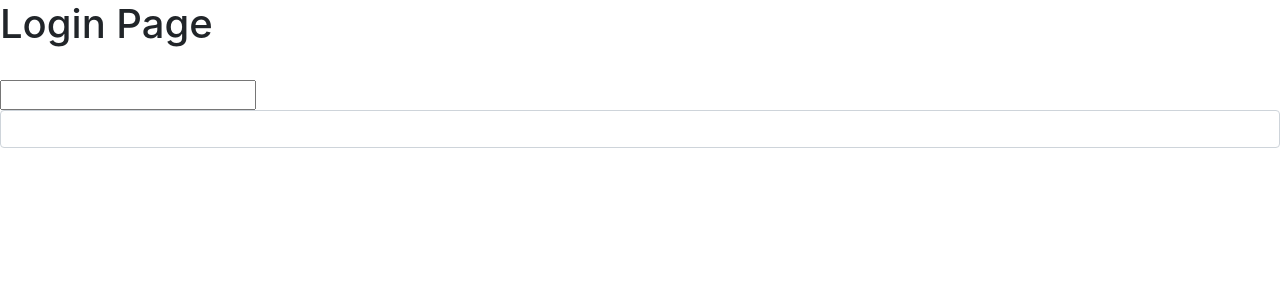
Repository: 10michael30/RevatureNotes
Page: weeks3-4/servlets/helloservlets/src/main/webapp/WEB-INF/login.html
The author's editor kept a copy of each file at every save. The page is drawn from the files as they stood at one save, then again after the next save.
The browser window is 1280 px wide. The pictures show the whole page.
Some web libraries are served in a nearby version.

Above is the page before, as saved 2018-08-21 18:42:32.

### weeks3-4/servlets/helloservlets/src/main/webapp/WEB-INF/login.html
<!DOCTYPE html>
<html>
<head>
<meta charset="ISO-8859-1">
<meta name="viewport" content="width=device-width, initial-scale=1.0">
<meta http-equiv="X-UA-Compatible" content="ie=edge">
<title>Insert title here</title>
 <link rel="stylesheet" href="https://maxcdn.bootstrapcdn.com/bootstrap/4.0.0-beta.2/css/bootstrap.min.css" integrity="sha384-PsH8R72JQ3SOdhVi3uxftmaW6Vc51MKb0q5P2rRUpPvrszuE4W1povHYgTpBfshb"
        crossorigin="anonymous">

    <script src="https://code.jquery.com/jquery-3.2.1.slim.min.js" integrity="sha384-KJ3o2DKtIkvYIK3UENzmM7KCkRr/rE9/Qpg6aAZGJwFDMVNA/GpGFF93hXpG5KkN"
        crossorigin="anonymous"></script>
    <script src="https://cdnjs.cloudflare.com/ajax/libs/popper.js/1.12.3/umd/popper.min.js" integrity="sha384-vFJXuSJphROIrBnz7yo7oB41mKfc8JzQZiCq4NCceLEaO4IHwicKwpJf9c9IpFgh"
        crossorigin="anonymous"></script>
    <script src="https://maxcdn.bootstrapcdn.com/bootstrap/4.0.0-beta.2/js/bootstrap.min.js" integrity="sha384-alpBpkh1PFOepccYVYDB4do5UnbKysX5WZXm3XxPqe5iKTfUKjNkCk9SaVuEZflJ"
        crossorigin="anonymous"></script>
</head>
<body>
<h1>Login Page</h1>
<br>
<form method="get" action="login">
<input type="text" name="username">
<input type="password" name="password" class="form-control">

</form>

</body>
</html>

After the next save:
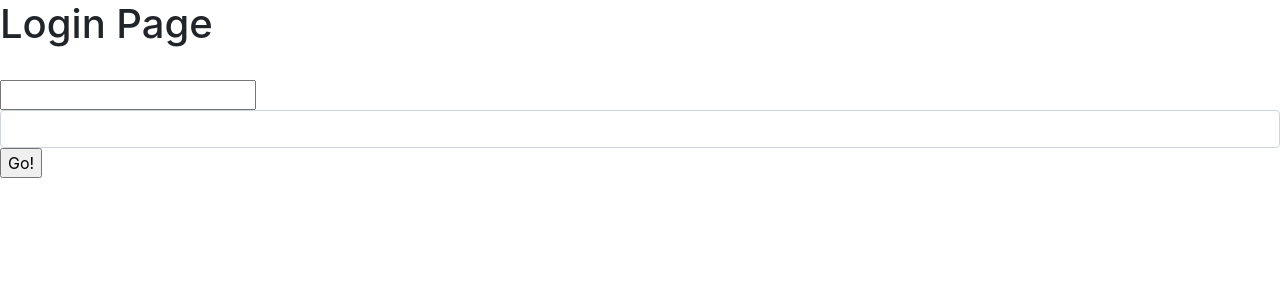
Saved 64 s later.
--- a/weeks3-4/servlets/helloservlets/src/main/webapp/WEB-INF/login.html
+++ b/weeks3-4/servlets/helloservlets/src/main/webapp/WEB-INF/login.html
@@ -21,6 +21,8 @@
 <form method="get" action="login">
 <input type="text" name="username">
 <input type="password" name="password" class="form-control">
+<input type="submit" value="Go!">
+
 
 </form>
 
